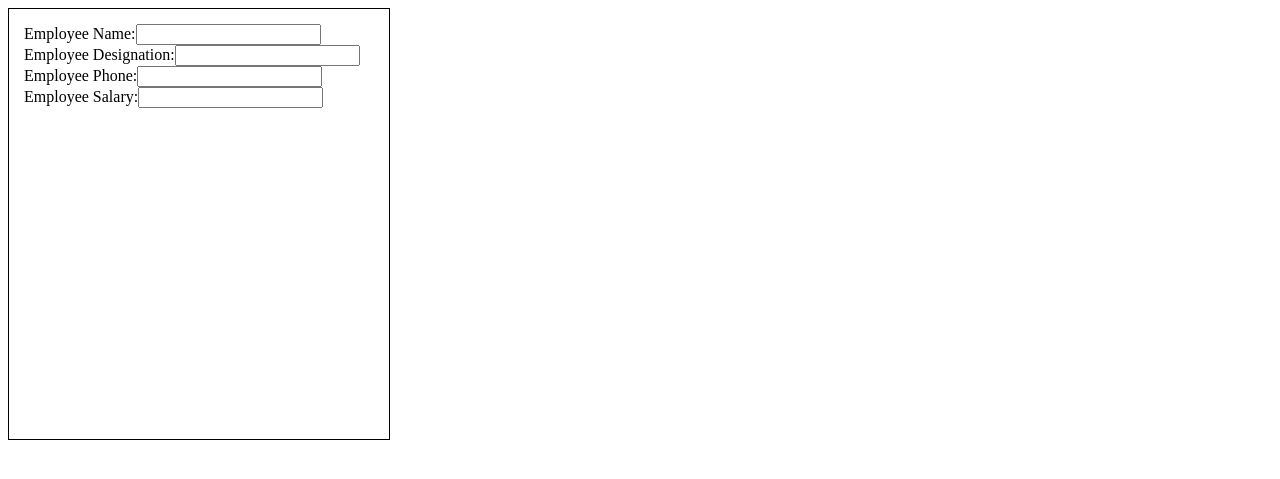
Repository: antonyraja1985/ServletEMS
Page: employee-management-service/src/main/webapp/signup.html
The author's editor kept a copy of each file at every save. The page is drawn from the files as they stood at one save, then again after the next save.
The browser window is 1280 px wide. The pictures show the whole page.

Above is the page before, as saved 2024-05-25 06:35:06.

### employee-management-service/src/main/webapp/signup.html
<!DOCTYPE html>
<html>
<head>
<meta charset="UTF-8">
<title>Insert title here</title>
<style>
.formContainer{
border:1px solid black;

width:350px;

height:400px;

padding:15px
}
</style>

</head>
<body>

<div class="formContainer">
<form>

Employee Name:<input type="text" name=""><br>
Employee Designation:<input type="text" name=""><br>
Employee Phone:<input type="text" name=""><br>
Employee Salary:<input type="text" name="">
</form>

</div>

</body>
</html>

After the next save:
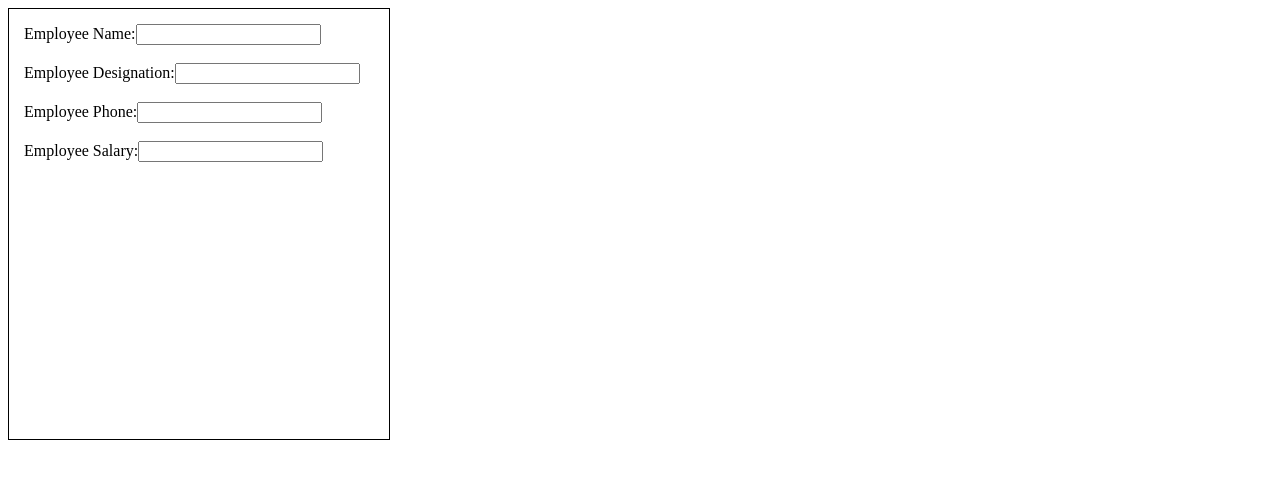
Saved 20 s later.
--- a/employee-management-service/src/main/webapp/signup.html
+++ b/employee-management-service/src/main/webapp/signup.html
@@ -21,10 +21,10 @@ padding:15px
 <div class="formContainer">
 <form>
 
-Employee Name:<input type="text" name=""><br>
-Employee Designation:<input type="text" name=""><br>
-Employee Phone:<input type="text" name=""><br>
-Employee Salary:<input type="text" name="">
+Employee Name:<input type="text" name=""><br><br>
+Employee Designation:<input type="text" name=""><br><br>
+Employee Phone:<input type="text" name=""><br><br>
+Employee Salary:<input type="text" name=""><br>
 </form>
 
 </div>
